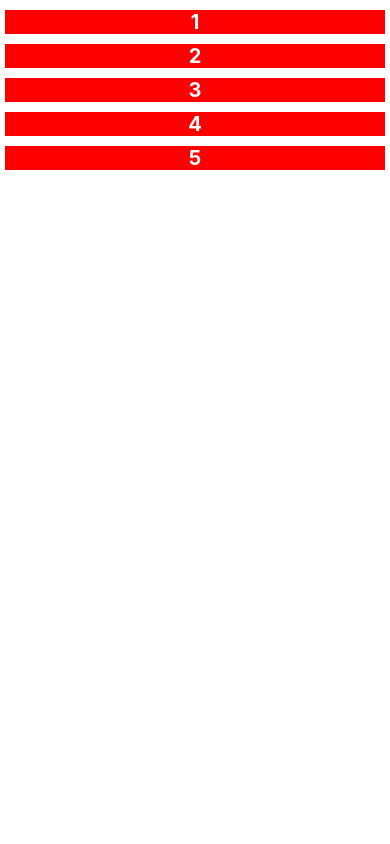
Repository: asnaeb1-dev/Video-List-Test
Screen: /
These files come from the project's save history. The screen is drawn as it stood at one moment and after the next save; the edit follows.
The app was drawn by React Native's web renderer in a window 390 px wide. The project was rebuilt for these pictures with package versions that can differ from the ones it lists, and the page was loaded fresh each time.

Above is the screen before, as saved 2020-08-08 12:36:29.

After the next save:
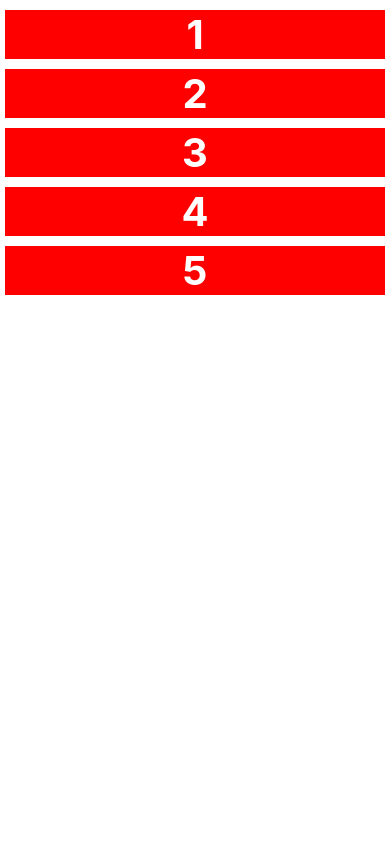
Saved 5 s later.
--- a/src/Components/ListItem.js
+++ b/src/Components/ListItem.js
@@ -5,7 +5,7 @@ export default class ListItem extends Component{
     render(){
         return(
             <TouchableOpacity style={{flex: 1,height: 200, backgroundColor: 'red', marginVertical: 5, justifyContent: 'center', alignItems: 'center'}}>
-                <Text style={{color: '#fff', fontSize: 20, fontWeight: 'bold'}}>{this.props._id}</Text>
+                <Text style={{color: '#fff', fontSize: 40, fontWeight: 'bold'}}>{this.props._id}</Text>
             </TouchableOpacity>
         )
     }
